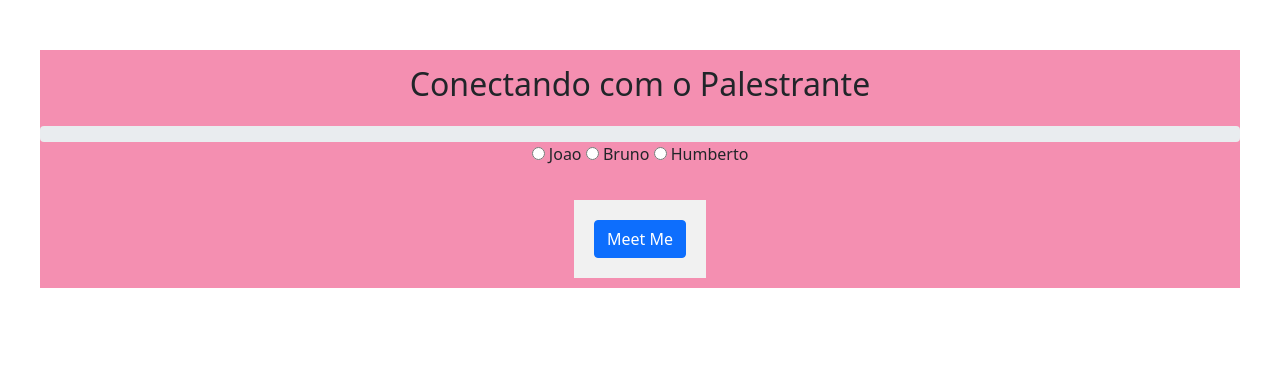
Repository: elsonss1988/jitsu
Page: index.html
These files come from the project's save history. The page is drawn as it stood at one moment and after the next save; the edit follows.
The browser window is 1280 px wide. The pictures show the whole page.

Above is the page before, as saved 2021-03-29 15:23:16.

After the next save:
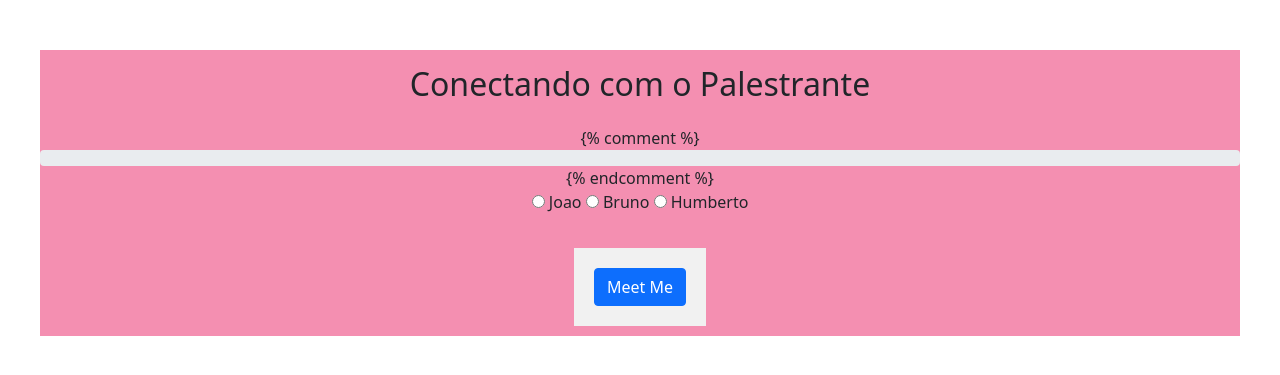
Saved 9 days later.
--- a/index.html
+++ b/index.html
@@ -10,9 +10,9 @@
 <body>
 <div id="container">
     <h2>Conectando com o Palestrante</h2>
-    <div class="progress">
+    {% comment %} <div class="progress">
         <div class="progress-bar"></div>
-    </div>
+    </div> {% endcomment %}
     <div id='radios'>
         <input type="radio" id="palestrante1" name="palestrante" value="Joao">
         <label for="palestrante1">Joao</label>

After the save that followed:
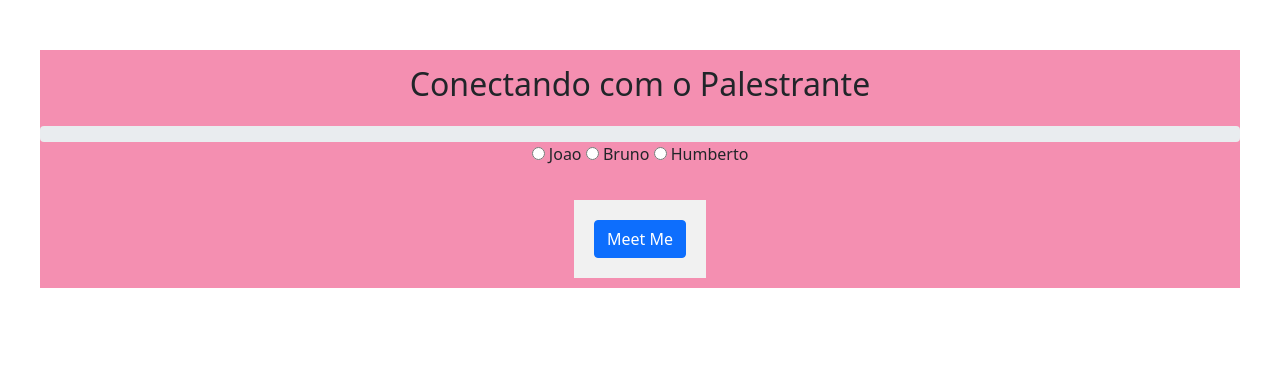
Saved 69 s later.
--- a/index.html
+++ b/index.html
@@ -10,9 +10,9 @@
 <body>
 <div id="container">
     <h2>Conectando com o Palestrante</h2>
-    {% comment %} <div class="progress">
+    <div class="progress">
         <div class="progress-bar"></div>
-    </div> {% endcomment %}
+    </div>
     <div id='radios'>
         <input type="radio" id="palestrante1" name="palestrante" value="Joao">
         <label for="palestrante1">Joao</label>
